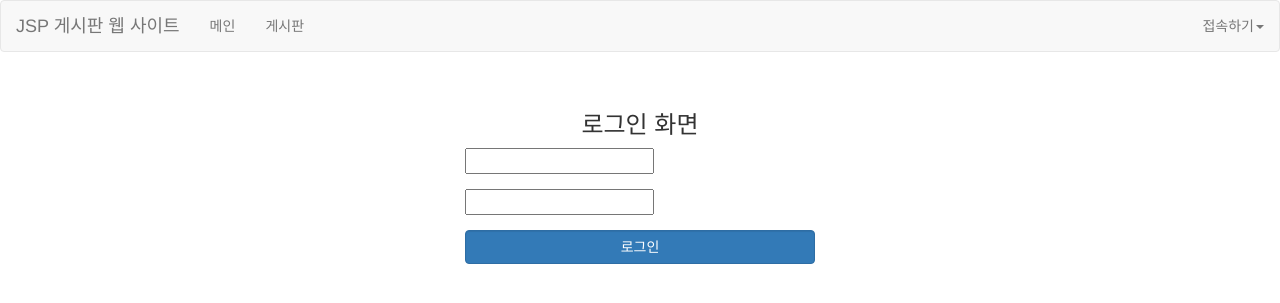
Repository: chyun94/JSP-
Page: http://localhost/BBS/join.jsp
The author's editor kept a copy of each file at every save. The page is drawn from the files as they stood at one save, then again after the next save.
The browser window is 1280 px wide. The pictures show the whole page.
Some web libraries are served in a nearby version. The page is served by Tomcat 9.

Above is the page before, as saved 2021-05-07 11:27:19.

After the next save:
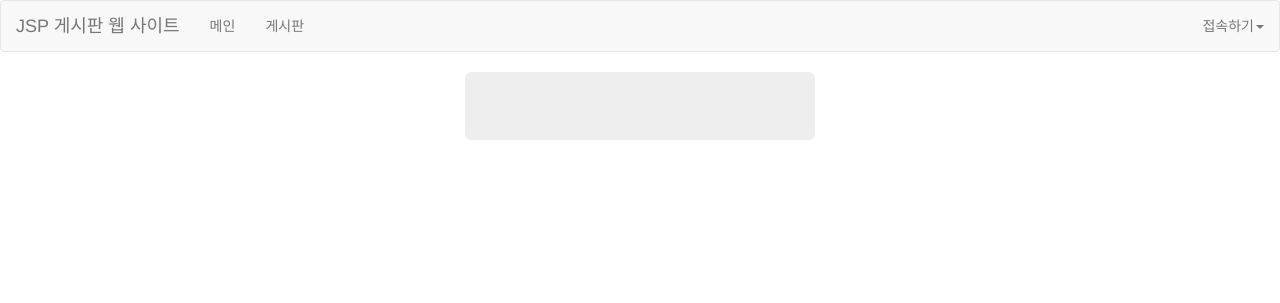
Saved 79 s later.
--- a/BBS/WebContent/join.jsp
+++ b/BBS/WebContent/join.jsp
@@ -48,21 +48,9 @@
 	<div class="container">
 		<div class="col-lg-4"></div>
 		<div class="col-lg-4">
-			<div class="jumbortron" style="padding-top: 20px;">
-				<h3 style="text-align: center;">로그인 화면</h3>
-				<div class="form-group">
-					<input type="text" class="form-control=" 아이디" name="userID"
-						maxlength="20">
-				</div>
+			<div class="jumbotron" style="padding-top: 20px;">
 
-				<div class="form-group">
-					<input type="password" class="form-control="
-						비밀번호" name="userPassword" maxlength="20">
-				</div>
-				<input type="submit" class="btn btn-primary form-control"
-					value="로그인">
 			</div>
-
 		</div>
 	</div>
 	<div class="col-lg-4"></div>
